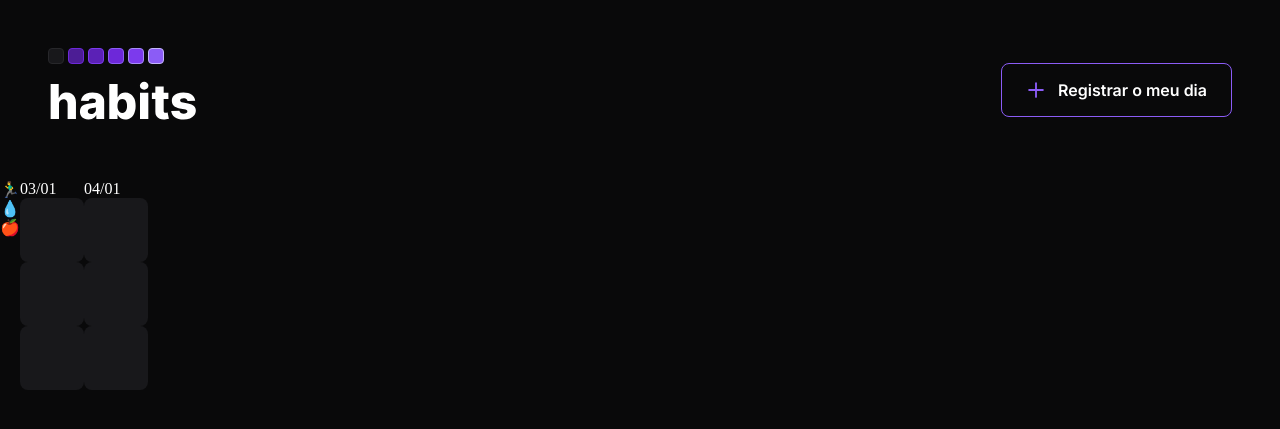
Repository: AntonyCosta/nlw-setup
Page: index.html
These files come from the project's save history. The page is drawn as it stood at one moment and after the next save; the edit follows.
The browser window is 1280 px wide. The pictures show the whole page.

Above is the page before, as saved 2023-01-18 03:51:11.

After the next save:
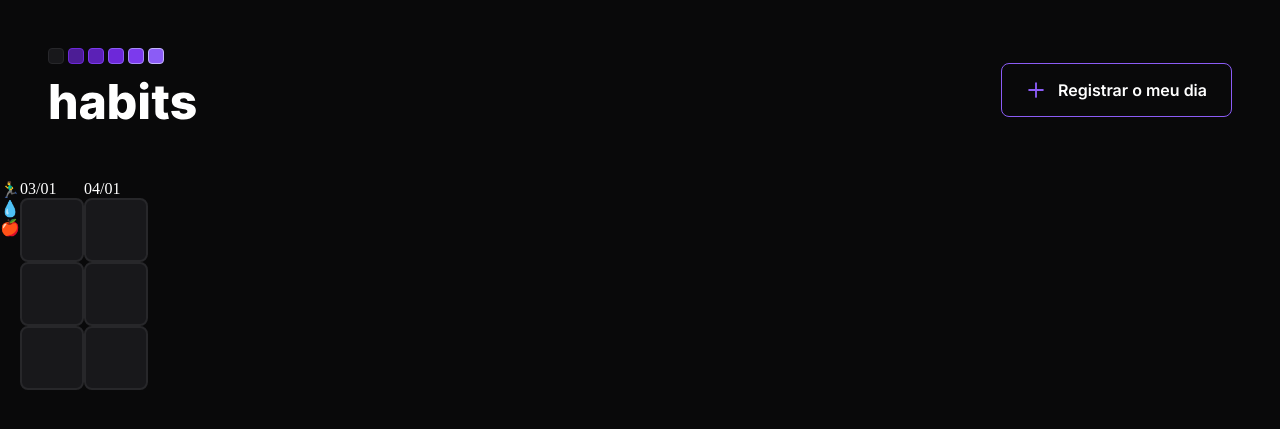
Saved 21 s later.
--- a/style.css
+++ b/style.css
@@ -59,7 +59,7 @@ input {
   width: 64px;
   height: 64px;
 
-  /* border: 2px solid #a78bfa; */
+  border: 2px solid #27272a;
   border-radius: 8px;
 
   background: #18181b;
